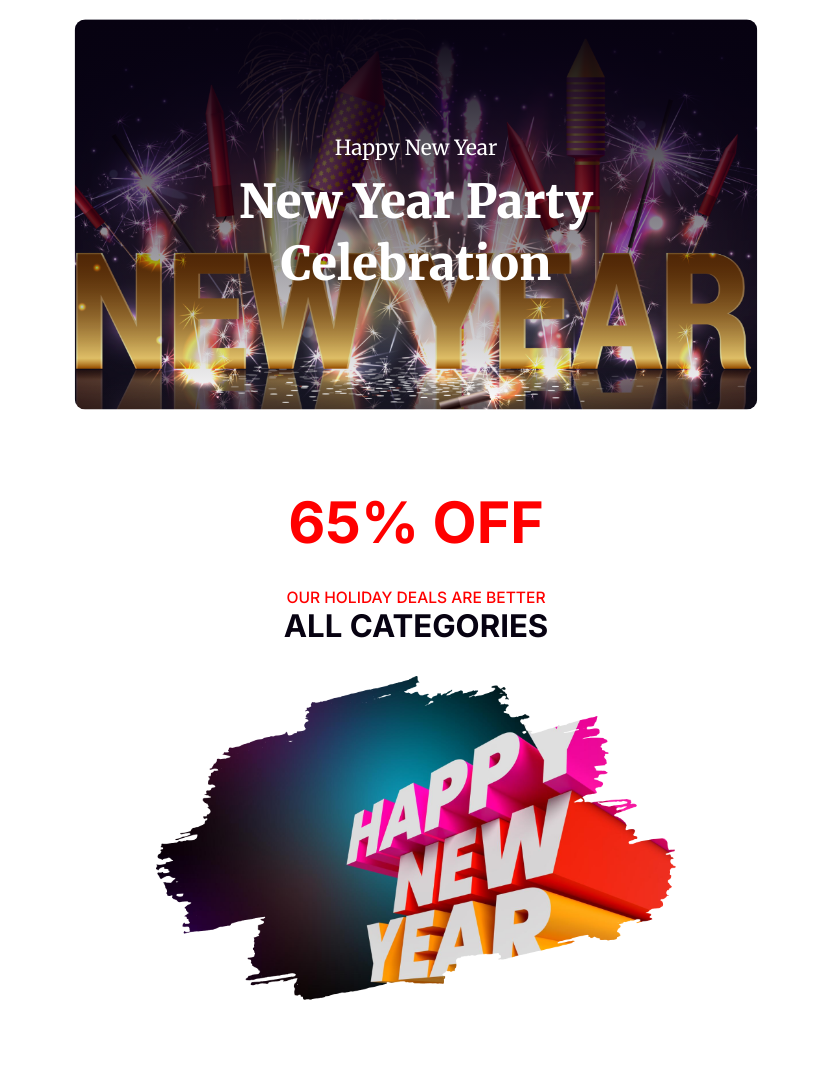
Repository: rahmatahmedrifat/First-Assignment
Page: index.html
The author's editor kept a copy of each file at every save. The page is drawn from the files as they stood at one save, then again after the next save.
The browser window is 1280 px wide. The pictures show the whole page, at 65% of full size.

Above is the page before, as saved 2024-01-08 01:46:42.

After the next save:
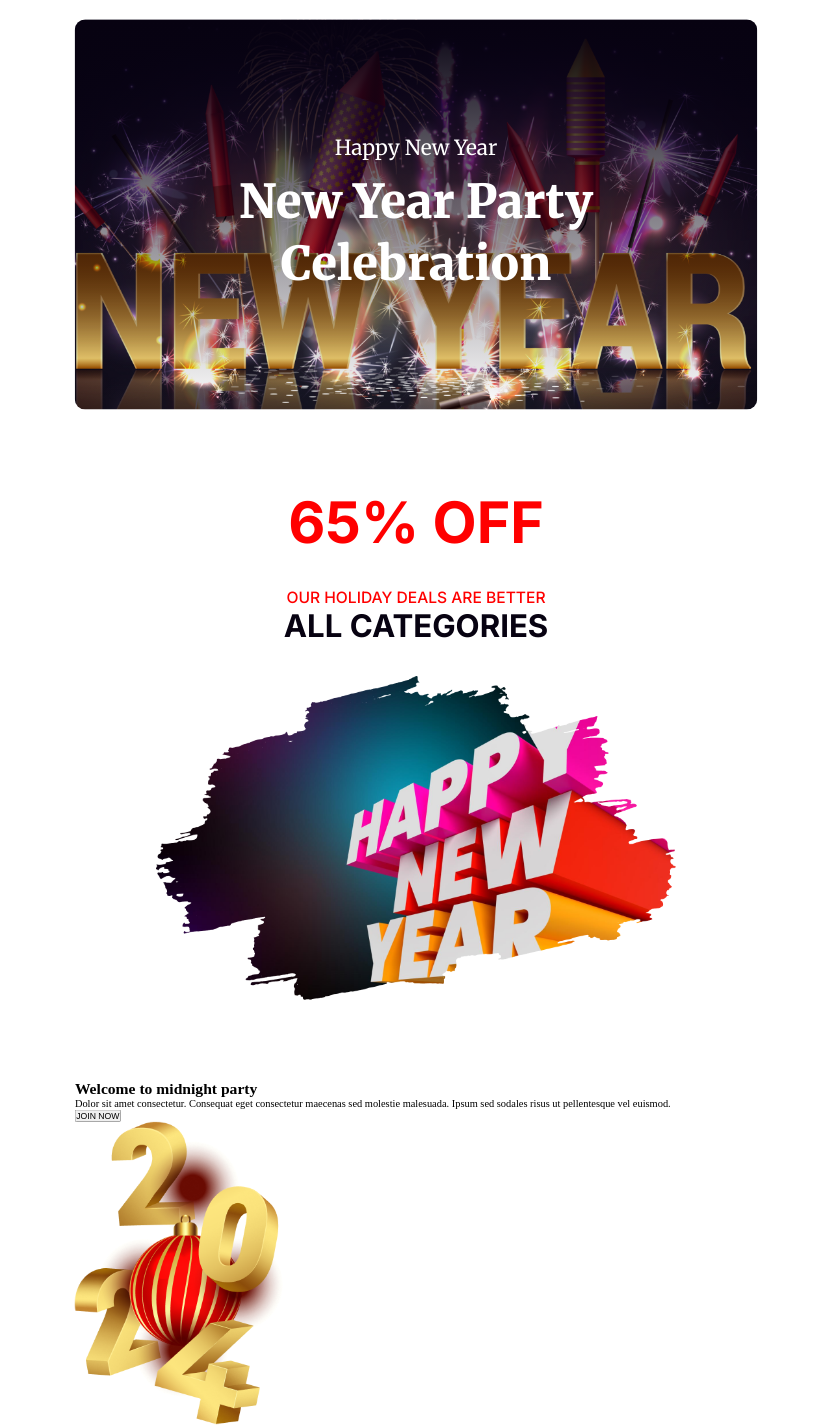
Saved 8 min 37 s later.
--- a/index.html
+++ b/index.html
@@ -40,6 +40,23 @@
                     </div>
                 </div>
             </section>
+
+            <!-- party-banner section part -->
+            <section id="party-banner">
+                <div class="container">
+                    <div class="party-containert">
+                        <div class="party-content">
+                            <h2 class="party-title">Welcome to midnight party</h2>
+                            <p class="party-description">Dolor sit amet consectetur. Consequat eget consectetur maecenas sed molestie malesuada. Ipsum sed sodales risus ut pellentesque vel euismod. </p>
+                            <button id="join-now">JOIN NOW</button>
+                        </div>
+                        <img class="party-img" src="images/icon/Group 70.png" alt="party-img">
+                        <!-- <div class="party-content">
+                            <img src="" alt="">
+                        </div> -->
+                    </div>
+                </div>
+            </section>
     </main>
     <!--  footer part -->
     <footer></footer>
